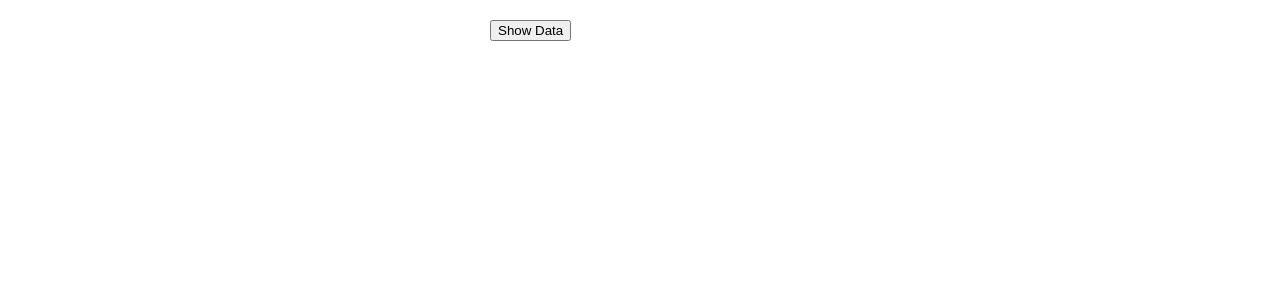
Repository: phyron-coder/NodeJS-1-
Page: index.html
These files come from the project's save history. The page is drawn as it stood at one moment and after the next save; the edit follows.
The browser window is 1280 px wide. The pictures show the whole page.

Above is the page before, as saved 2025-08-16 00:33:25.

After the next save:
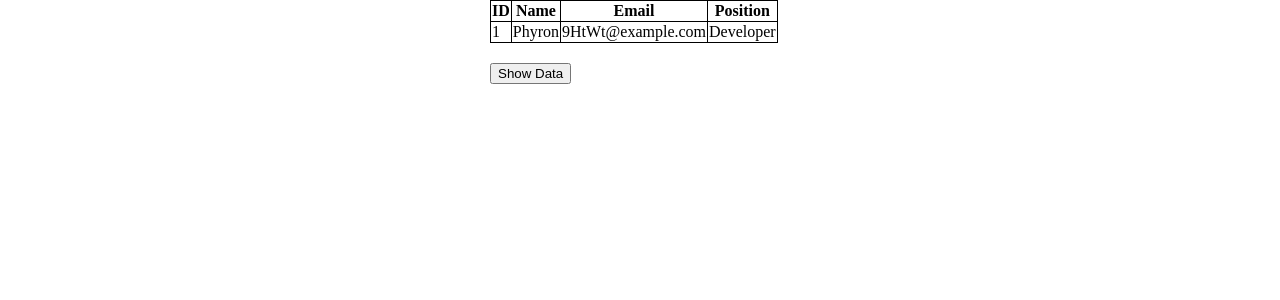
Saved 90 s later.
--- a/index.html
+++ b/index.html
@@ -27,9 +27,46 @@
 
 <body>
     <table id="table">
+        <thead>
+            <tr>
+                <th>ID</th>
+                <th>Name</th>
+                <th>Email</th>
+                <th>Position</th>
+            </tr>
+        </thead>
+        <tbody>
+            <tr>
+                <td>1</td>
+                <td>Phyron</td>
+                <td>9HtWt@example.com</td>
+                <td>Developer</td>
+            </tr>
+        </tbody>
 
     </table>
     <button>Show Data</button>
 </body>
+<script>
+    const table = document.getElementById('table');
+    const button = document.querySelector('button');
+    button.addEventListener('click', () => {
+        fetch('https://jsonplaceholder.typicode.com/users')
+            .then(response => response.json())
+            .then(data => {
+                console.log(data);
+                data.forEach(user => {
+                    const row = document.createElement('tr');
+                    row.innerHTML = `
+                            <td>${user.id}</td>
+                            <td>${user.name}</td>
+                            <td>${user.email}</td>
+                            <td>${user.position}</td>
+                        `;
+                    table.appendChild(row);
+                })
+            })
+    })
+</script>
 
 </html>
